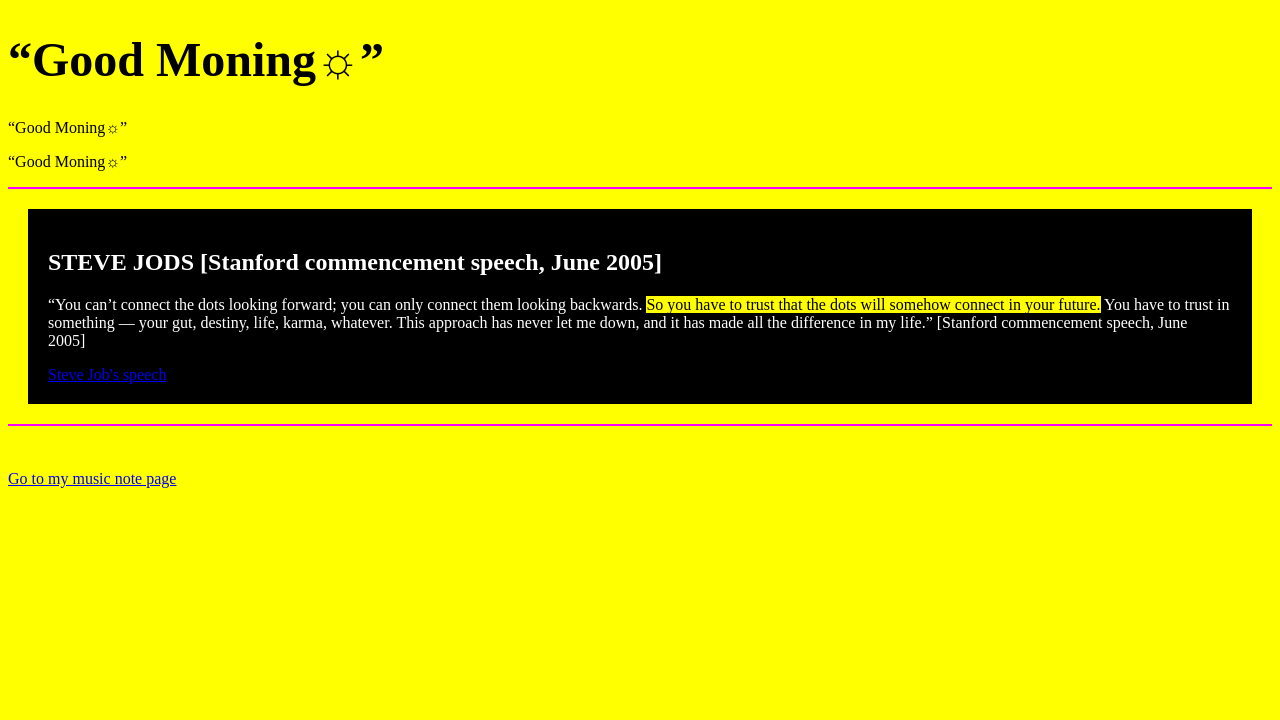
Repository: jangj879/jangj879.github.io
Page: Firstpage.html
The author's editor kept a record of every edit. The page is drawn from the files as they stood at one moment, then again after the next edit.
The browser window is 1280 px wide. The pictures show the whole page.

Above is the page before.

### Firstpage.html
<!DOCTYPE html>
<html>
	<head>
		<title>My first page</title>
		<link href="column.css" rel="stylesheet">
    </head>


	<body>
        <div class="one">
            <h1.hidden {
    visibility: hidden;
}</h>

        <h1 style="font-size:300%">&#8220;Good Moning&#9788;&#8221;</h1>
        <p style="font-size:160%"></p>
        <p>&#8220;Good Moning&#9788;&#8221;</p>
        <p class="paragraph2">&#8220;Good Moning&#9788;&#8221;</p>


    </body>

    <hr color="#FF00FF"></hr>
        <div style="background-color:black; color:white; margin:20px; padding:20px;">

        <h2>STEVE JODS [Stanford commencement speech, June 2005]</h2>

        <p class="boring-text">“You can’t connect the dots looking forward; you can only connect them looking backwards. <mark>So you have to trust that the dots will somehow connect in your future.</mark> You have to trust in something — your gut, destiny, life, karma, whatever. This approach has never let me down, and it has made all the difference in my life.” [Stanford commencement speech, June 2005]&#63743;</p>

        <a href="http://news.stanford.edu/news/2005/june15/jobs-061505.html">Steve Job's speech</a>
    </div>

        <hr color="#FF00FF"></hr>

        <br></br>

        <a href="Secondpage">Go to my music note page</a>





</html>

### column.css
body {
    background-color: yellow;
}

.canvas {
    width: 300px;
    height: 600px;
    background-color: black;
}

.box {
    width: 20px;
    height: 100px;
    background-color: yellow;
    position: absolute;
    top: 40px;
    right: 20px;
}

.circlw {
    width: 100px;
    height: 100px;
    border-radius: 100%;
    background-color: red;
    position: absolute;
    bottom: 40px;
    left: 30p;
}

.sprite {
    width: 200px;
    height: 200px;
    background-image: url('sprite.jpg');
    background-repeat: no-repeat;
    display: block;
    text-indent: 100%;
    white-space: nowrap;
    overflow: hidden;
    position: absolute;
    top: 20px;
    right: 40px;
}

.sprite:hover {
    background-position: -200px 0;
}
.sprite:active {
    background-position: ;
}
.wrapper {
    width: 400px;
}

.column {
    width: 160px;
    padding: 20px;
    float: left;
}

.claer {
    clear: both;
}

After the next edit:
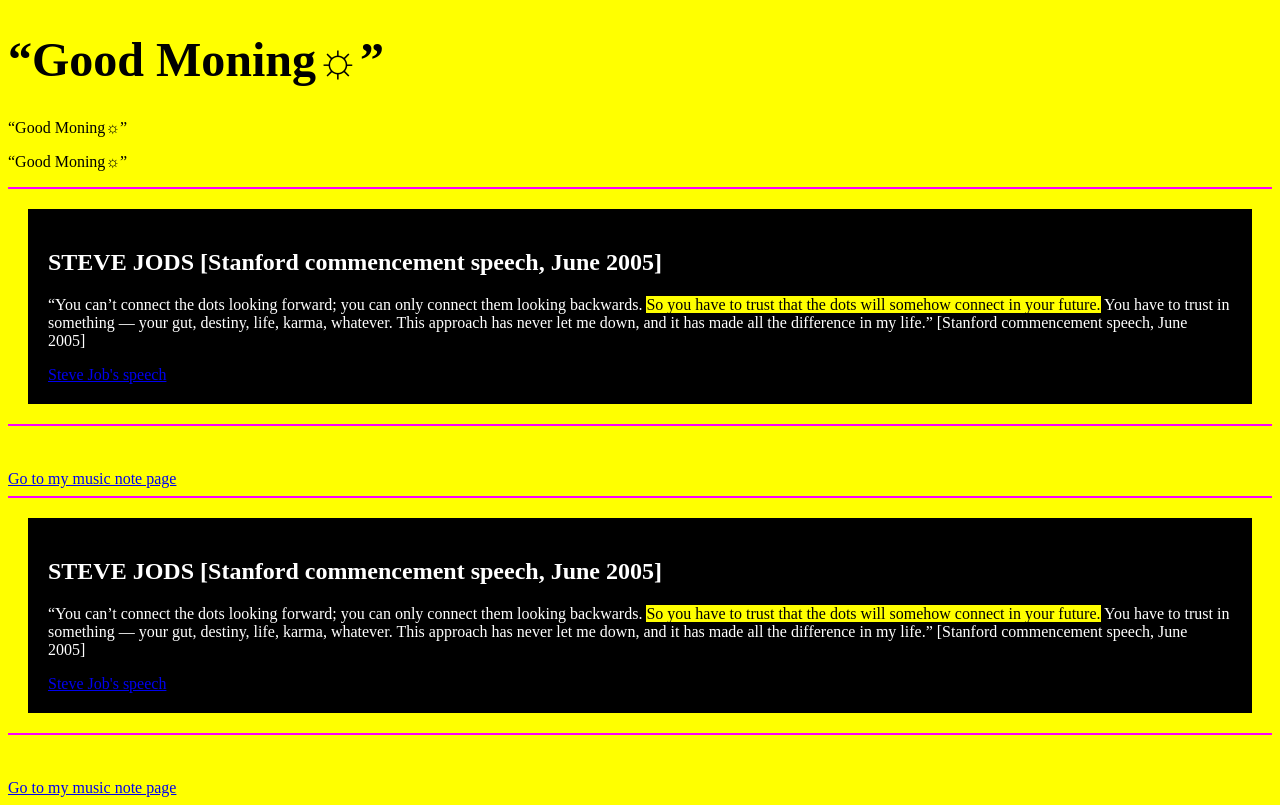
The edit:
--- a/Firstpage.html
+++ b/Firstpage.html
@@ -17,7 +17,21 @@
         <p>&#8220;Good Moning&#9788;&#8221;</p>
         <p class="paragraph2">&#8220;Good Moning&#9788;&#8221;</p>
 
+    <hr color="#FF00FF"></hr>
+        <div style="background-color:black; color:white; margin:20px; padding:20px;">
 
+        <h2>STEVE JODS [Stanford commencement speech, June 2005]</h2>
+
+        <p class="boring-text">“You can’t connect the dots looking forward; you can only connect them looking backwards. <mark>So you have to trust that the dots will somehow connect in your future.</mark> You have to trust in something — your gut, destiny, life, karma, whatever. This approach has never let me down, and it has made all the difference in my life.” [Stanford commencement speech, June 2005]&#63743;</p>
+
+        <a href="http://news.stanford.edu/news/2005/june15/jobs-061505.html">Steve Job's speech</a>
+    </div>
+
+        <hr color="#FF00FF"></hr>
+
+        <br></br>
+
+        <a href="Secondpage">Go to my music note page</a>
     </body>
 
     <hr color="#FF00FF"></hr>

After the edit that followed:
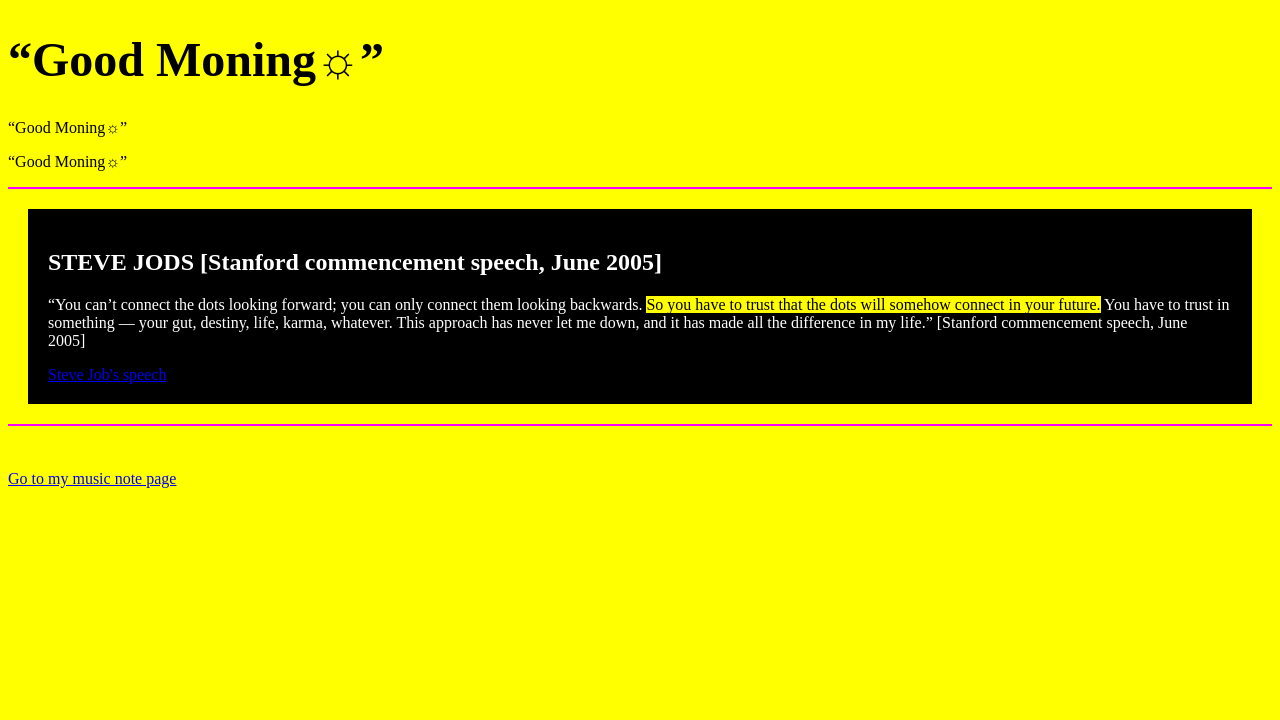
The edit:
--- a/Firstpage.html
+++ b/Firstpage.html
@@ -34,24 +34,6 @@
         <a href="Secondpage">Go to my music note page</a>
     </body>
 
-    <hr color="#FF00FF"></hr>
-        <div style="background-color:black; color:white; margin:20px; padding:20px;">
-
-        <h2>STEVE JODS [Stanford commencement speech, June 2005]</h2>
-
-        <p class="boring-text">“You can’t connect the dots looking forward; you can only connect them looking backwards. <mark>So you have to trust that the dots will somehow connect in your future.</mark> You have to trust in something — your gut, destiny, life, karma, whatever. This approach has never let me down, and it has made all the difference in my life.” [Stanford commencement speech, June 2005]&#63743;</p>
-
-        <a href="http://news.stanford.edu/news/2005/june15/jobs-061505.html">Steve Job's speech</a>
-    </div>
-
-        <hr color="#FF00FF"></hr>
-
-        <br></br>
-
-        <a href="Secondpage">Go to my music note page</a>
-
-
-
 
 
 </html>
